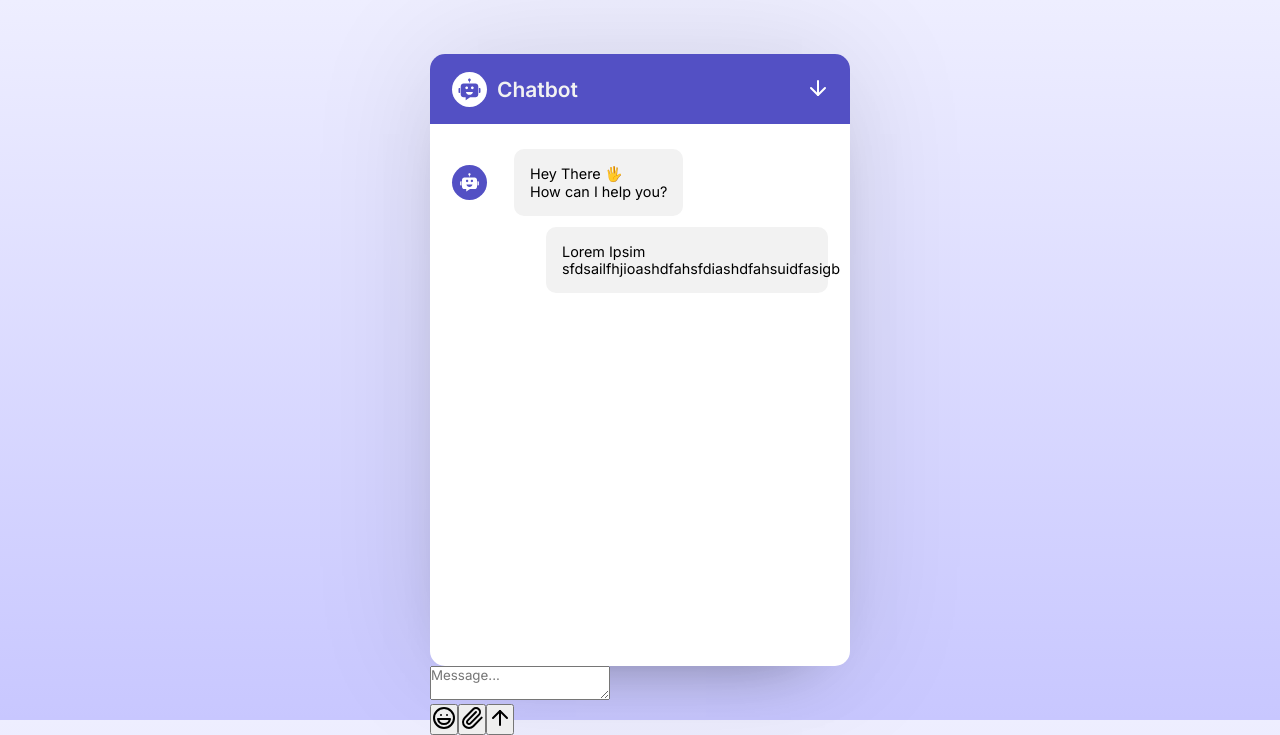
Repository: guilhermecardoso93/ai-bot
Page: /
These files come from the project's save history. The page is drawn as it stood at one moment and after the next save; the edit follows.
The browser window is 1280 px wide. The pictures show the whole page.
The project was rebuilt for these pictures with package versions that can differ from the ones it lists, and the page was loaded fresh each time. Also part of the build but not shown: vite.config.js.

Above is the page before, as saved 2024-11-12 19:38:32.

After the next save:
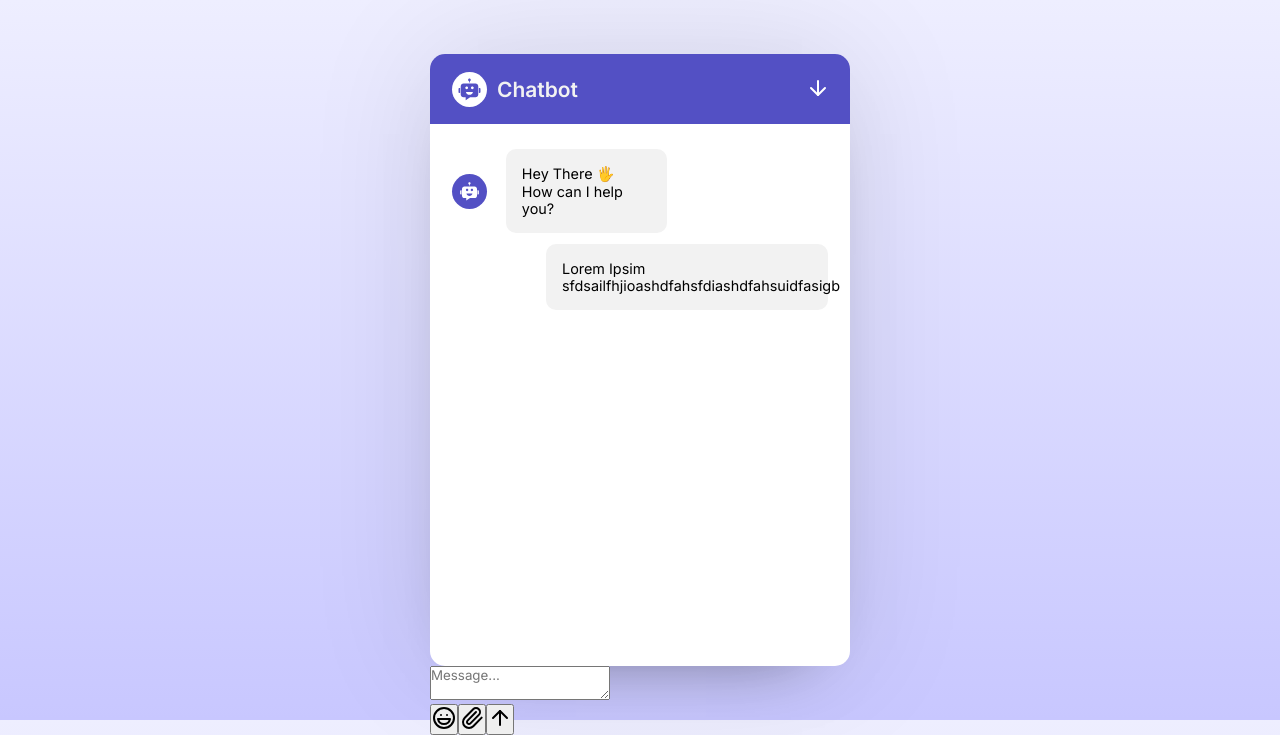
Saved 7 s later.
--- a/src/index.css
+++ b/src/index.css
@@ -130,7 +130,6 @@ body {
   font-size: .9rem;
   background-color: #f2f2f2;
   border-radius: 10px;
-  margin-left: 1rem;
 }
 
 .chat-footer {
